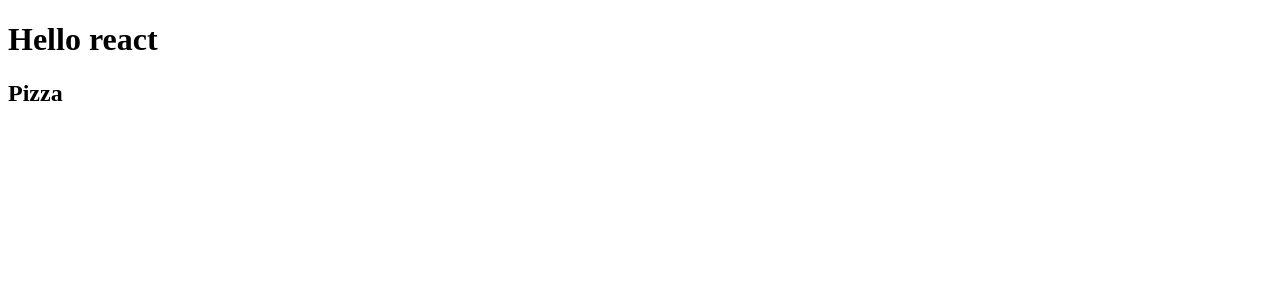
Repository: ahmedharidy/First-React-App
Page: /
The author's editor kept a copy of each file at every save. The page is drawn from the files as they stood at one save, then again after the next save.
The browser window is 1280 px wide. The pictures show the whole page.
The project was rebuilt for these pictures with package versions that can differ from the ones it lists, and the page was loaded fresh each time.

Above is the page before, as saved 2026-09-21 09:58:38.

### src/index.js
import React from "react";
import ReactDOM from "react-dom/client";

function App() {
  return (
    <div>
      <h1>Hello react</h1>
      <Pizza />
    </div>
  );
}

function Pizza() {
  return <h2>Pizza</h2>;
}

const pizzaData = [
  {
    name: "Focaccia",
    ingredients: "Bread with italian olive oil and rosemary",
    price: 6,
    photoName: "pizzas/focaccia.jpg",
    soldOut: false,
  },
  {
    name: "Pizza Margherita",
    ingredients: "Tomato and mozarella",
    price: 10,
    photoName: "pizzas/margherita.jpg",
    soldOut: false,
  },
  {
    name: "Pizza Spinaci",
    ingredients: "Tomato, mozarella, spinach, and ricotta cheese",
    price: 12,
    photoName: "pizzas/spinaci.jpg",
    soldOut: false,
  },
  {
    name: "Pizza Funghi",
    ingredients: "Tomato, mozarella, mushrooms, and onion",
    price: 12,
    photoName: "pizzas/funghi.jpg",
    soldOut: false,
  },
  {
    name: "Pizza Salamino",
    ingredients: "Tomato, mozarella, and pepperoni",
    price: 15,
    photoName: "pizzas/salamino.jpg",
    soldOut: true,
  },
  {
    name: "Pizza Prosciutto",
    ingredients: "Tomato, mozarella, ham, aragula, and burrata cheese",
    price: 18,
    photoName: "pizzas/prosciutto.jpg",
    soldOut: false,
  },
];

const root = ReactDOM.createRoot(document.getElementById("root"));

root.render(<App />);

Loaded but not shown: public/index.html (common file)

After the next save:
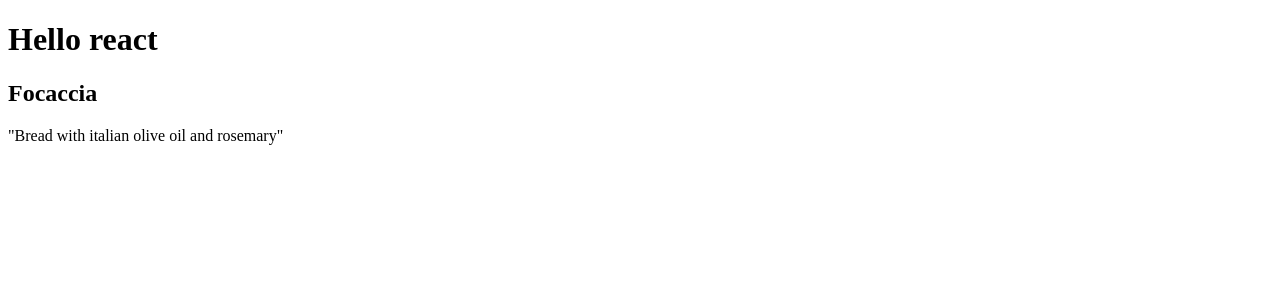
Saved 100 s later.
--- a/src/index.js
+++ b/src/index.js
@@ -11,7 +11,12 @@ function App() {
 }
 
 function Pizza() {
-  return <h2>Pizza</h2>;
+  return (
+    <div>
+      <h2>Focaccia</h2>
+      <p>"Bread with italian olive oil and rosemary"</p>
+    </div>
+  );
 }
 
 const pizzaData = [
